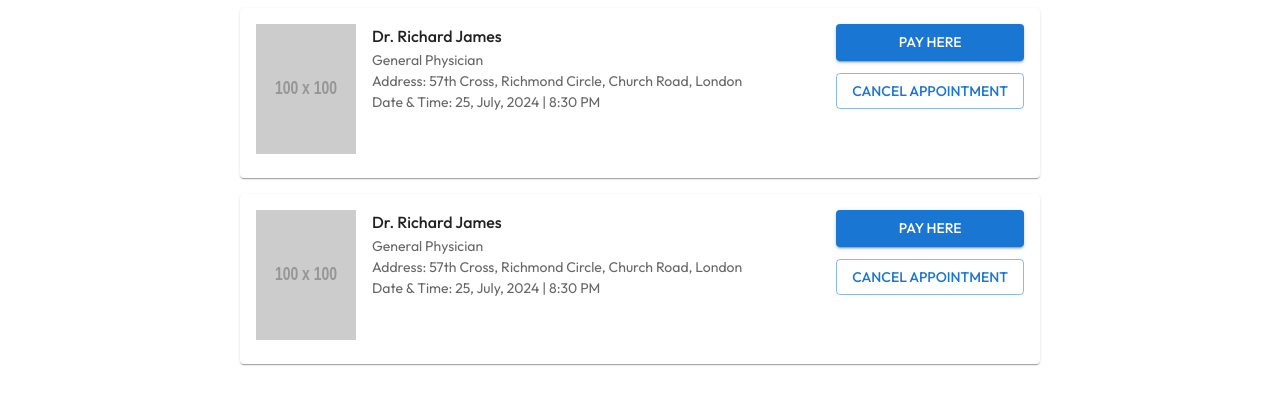
Repository: Ali-Dmerdash/DEPI_GRAD
Page: /
These files come from the project's save history. The page is drawn as it stood at one moment and after the next save; the edit follows.
The browser window is 1280 px wide. The pictures show the whole page.
The project was rebuilt for these pictures with package versions that can differ from the ones it lists, and the page was loaded fresh each time. Also part of the build but not shown: vite.config.ts.

Above is the page before, as saved 2024-10-08 20:44:25.

After the next save:
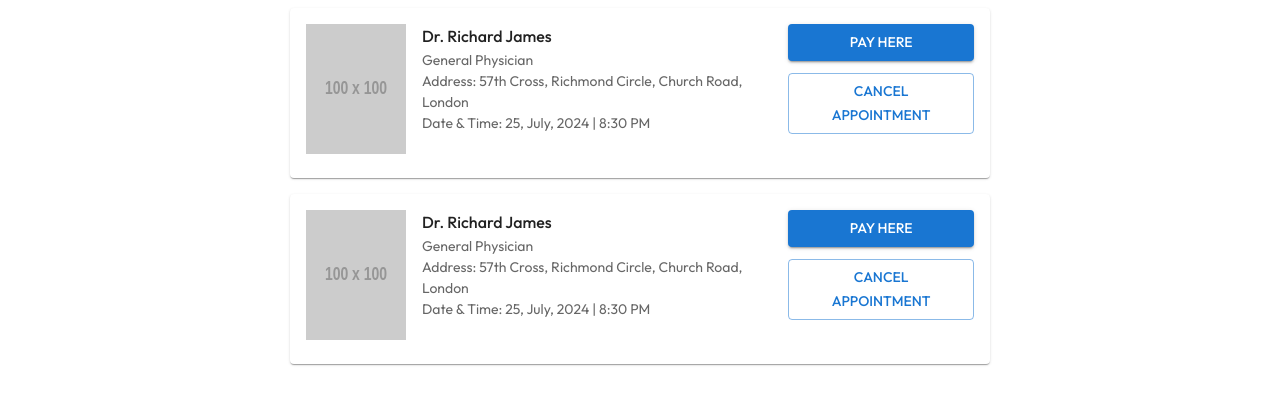
Saved 3 min 48 s later.
--- a/src/pages/myappointment/index.tsx
+++ b/src/pages/myappointment/index.tsx
@@ -3,7 +3,7 @@ import { Box, Card, CardContent, Typography, Button } from "@mui/material";
 
 const MyAppointment: React.FC = () => {
   return (
-    <Box sx={{ maxWidth: 800, margin: "0 auto" }}>
+    <Box sx={{ maxWidth: 700, margin: "0 auto" }}>
       <Card sx={{ marginBottom: 2 }}>
         <CardContent>
           <Box display="flex" alignItems="flex-start">
